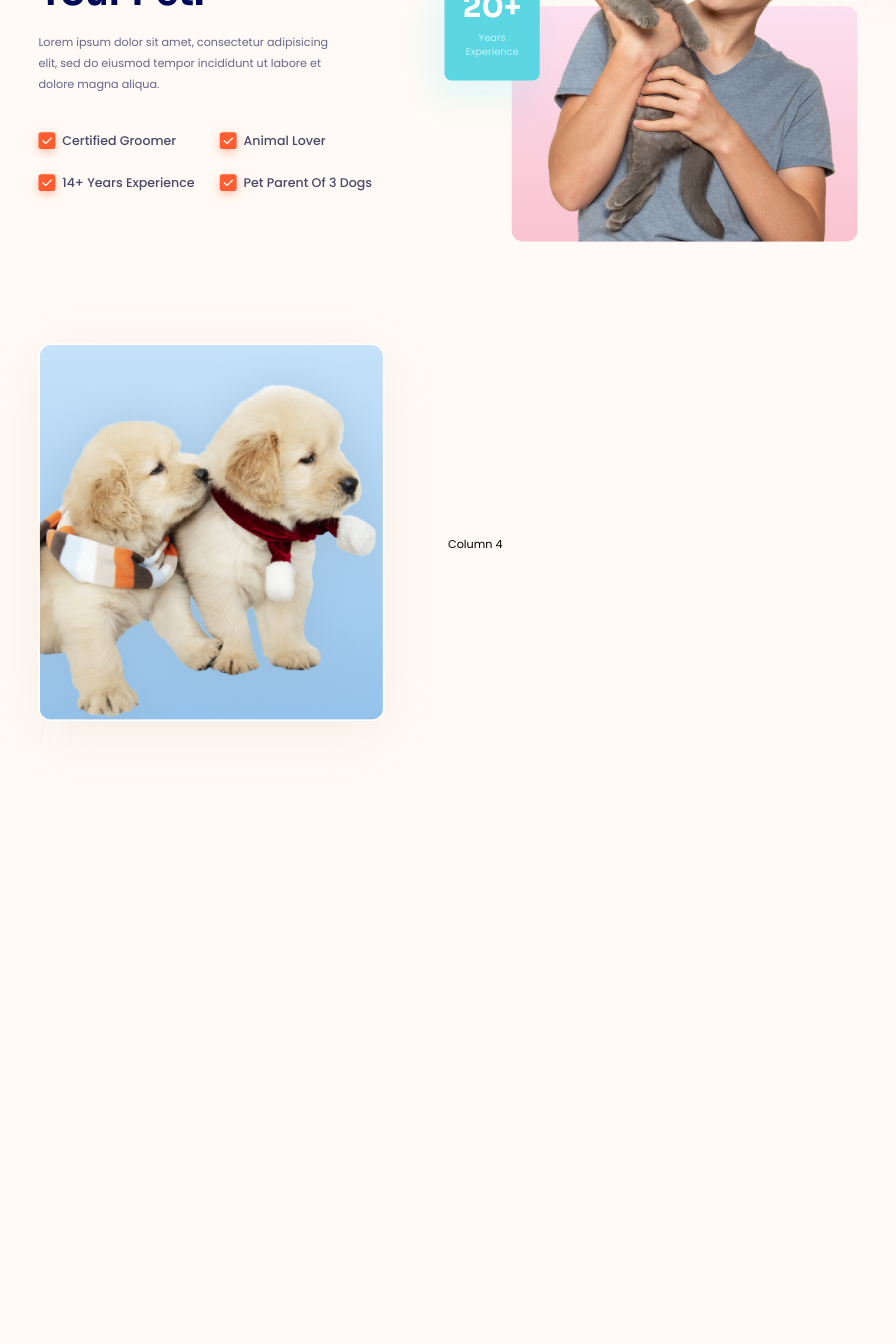
Repository: empty24062002/f8-project-05
Page: index.html
The author's editor kept a copy of each file at every save. The page is drawn from the files as they stood at one save, then again after the next save.
The browser window is 1280 px wide. The pictures show the part of the page from y = 1110 to 3030 px (the page is 10896 px tall), at 70% of full size.

Above is the page before, as saved 2023-09-11 11:07:13.

### index.html
<!DOCTYPE html>
<html lang="en">
    <head>
        <meta charset="UTF-8" />
        <meta name="viewport" content="width=device-width, initial-scale=1.0" />
        <title>Lucy</title>
        <!-- favicon -->
        <link
            rel="apple-touch-icon"
            sizes="57x57"
            href="./assets/favicon/apple-icon-57x57.png"
        />
        <link
            rel="apple-touch-icon"
            sizes="60x60"
            href="./assets/favicon/apple-icon-60x60.png"
        />
        <link
            rel="apple-touch-icon"
            sizes="72x72"
            href="./assets/favicon/apple-icon-72x72.png"
        />
        <link
            rel="apple-touch-icon"
            sizes="76x76"
            href="./assets/favicon/apple-icon-76x76.png"
        />
        <link
            rel="apple-touch-icon"
            sizes="114x114"
            href="./assets/favicon/apple-icon-114x114.png"
        />
        <link
            rel="apple-touch-icon"
            sizes="120x120"
            href="./assets/favicon/apple-icon-120x120.png"
        />
        <link
            rel="apple-touch-icon"
            sizes="144x144"
            href="./assets/favicon/apple-icon-144x144.png"
        />
        <link
            rel="apple-touch-icon"
            sizes="152x152"
            href="./assets/favicon/apple-icon-152x152.png"
        />
        <link
            rel="apple-touch-icon"
            sizes="180x180"
            href="./assets/favicon/apple-icon-180x180.png"
        />
        <link
            rel="icon"
            type="image/png"
            sizes="192x192"
            href="./assets/favicon/android-icon-192x192.png"
        />
        <link
            rel="icon"
            type="image/png"
            sizes="32x32"
            href="./assets/favicon/favicon-32x32.png"
        />
        <link
            rel="icon"
            type="image/png"
            sizes="96x96"
            href="./assets/favicon/favicon-96x96.png"
        />
        <link
            rel="icon"
            type="image/png"
            sizes="16x16"
            href="./assets/favicon/favicon-16x16.png"
        />
        <link rel="manifest" href="./assets/favicon/manifest.json" />
        <meta name="msapplication-TileColor" content="#ffffff" />
        <meta
            name="msapplication-TileImage"
            content="./assets/favicon/ms-icon-144x144.png"
        />
        <meta name="theme-color" content="#ffffff" />
        <!-- reset CSS -->
        <link rel="stylesheet" href="./assets/css/reset.css" />
        <!-- embed font -->
        <link rel="preconnect" href="https://fonts.googleapis.com" />
        <link rel="preconnect" href="https://fonts.gstatic.com" crossorigin />
        <link
            href="https://fonts.googleapis.com/css2?family=Poppins:wght@300;400;500;600&family=Sora:wght@600;700;800&display=swap"
            rel="stylesheet"
        />
        <!-- style css -->
        <link rel="stylesheet" href="./assets/css/styles.css" />
    </head>
    <body>
        <!-- header -->
        <header class="header">
            <div class="container">
                <div class="header__inner">
                    <!-- logo -->
                    <a href="#!">
                        <img
                            src="./assets/img/logo.svg"
                            alt="Lucy"
                            class="header__logo"
                        />
                    </a>
                    <!-- navbar -->
                    <nav class="navbar">
                        <ul class="navbar__list">
                            <li class="navbar__item">
                                <a href="#!" class="navbar__link"> Home </a>
                            </li>
                            <li class="navbar__item">
                                <a href="#!" class="navbar__link"> About </a>
                            </li>
                            <li class="navbar__item">
                                <a href="#!" class="navbar__link"
                                    >Services & Rates
                                </a>
                            </li>
                            <li class="navbar__item">
                                <a href="#!" class="navbar__link"> Reviews </a>
                            </li>
                            <li class="navbar__item">
                                <a href="#!" class="navbar__link">
                                    Contacts us
                                </a>
                            </li>
                        </ul>
                    </nav>
                    <!-- header action -->
                    <div class="header-action">
                        <a href="#!" class="header-action__link">Sign in</a>
                        <a href="#!" class="btn header-action__btn">Sign up</a>
                    </div>
                </div>
            </div>
        </header>
        <!-- hero -->
        <section class="hero">
            <div class="container">
                <div class="hero__inner">
                    <!-- hero media -->
                    <div class="hero__media">
                        <div class="hero__img-wrap">
                            <img
                                src="./assets/img/hero__img1.png"
                                alt=""
                                class="hero__img"
                            />

                            <!-- Decorators -->
                            <img
                                src="./assets/img/decor__01.svg"
                                alt=""
                                class="hero__decor hero__decor-left"
                            />
                            <img
                                src="./assets/img/decor__02.svg"
                                alt=""
                                class="hero__decor hero__decor-right"
                            />
                        </div>
                        <div class="hero__img-wrap hero__img-wrap-small">
                            <img
                                src="./assets/img/hero__img2.png"
                                alt=""
                                class="hero__img"
                            />
                        </div>

                        <div class="hero__list">
                            <!-- hero list item 1 -->
                            <section class="hero-list-item">
                                <img
                                    src="./assets/img/hero__img3.png"
                                    alt=""
                                    class="hero-list-item__thump"
                                />
                                <div class="hero-list-item__info">
                                    <p class="hero-list-item__title">
                                        Pet Health
                                    </p>
                                    <div class="hero-list-item__skeleton"></div>
                                    <div
                                        class="hero-list-item__skeleton"
                                        style="--width: 39px"
                                    ></div>
                                </div>
                            </section>

                            <div class="hero-list-item__separate"></div>
                            <!-- hero list item 2 -->
                            <section class="hero-list-item">
                                <img
                                    src="./assets/img/hero__img4.png"
                                    alt=""
                                    class="hero-list-item__thump"
                                />
                                <div class="hero-list-item__info">
                                    <p class="hero-list-item__title">
                                        Pet care
                                    </p>
                                    <div class="hero-list-item__skeleton"></div>
                                    <div
                                        class="hero-list-item__skeleton"
                                        style="--width: 39px"
                                    ></div>
                                </div>
                            </section>
                        </div>
                    </div>
                    <!-- hero content -->
                    <section class="hero__content">
                        <h1 class="hero__heading">
                            Established & Trusted Pet Care Service
                        </h1>
                        <p class="hero__desc">
                            Discover a wide variety of Pawsitive services to
                            choose from, including daycare, private walks,
                            office duty and spa.
                        </p>
                        <div class="hero__row">
                            <a href="#!" class="btn btn--primary hero__cta-btn">
                                Book a Meet
                                <span class="btn__icon">
                                    <svg
                                        width="5"
                                        height="6"
                                        viewBox="0 0 5 6"
                                        fill="none"
                                        xmlns="http://www.w3.org/2000/svg"
                                    >
                                        <path
                                            d="M1.48584 0.5L3.98584 3L1.48584 5.5"
                                            stroke="#FD5056"
                                            stroke-linecap="round"
                                            stroke-linejoin="round"
                                        />
                                    </svg>
                                </span>
                            </a>
                            <a href="#!" class="hero__cta-link">
                                Schedule a Call
                            </a>
                        </div>
                    </section>
                </div>
            </div>
        </section>
        <main style="height: 10000px">
            <!-- about -->
            <section class="about">
                <div class="container">
                    <div class="about__inner">
                        <section class="about__content">
                            <p class="about__lable">// About //</p>
                            <h2 class="about__heading section-heading">
                                Best Agency For Your Pet.
                            </h2>
                            <p class="about__desc section-desc">
                                Lorem ipsum dolor sit amet, consectetur
                                adipisicing elit, sed do eiusmod tempor
                                incididunt ut labore et dolore magna aliqua.
                            </p>
                            <div class="about__checklist">
                                <span class="about__check-item">
                                    Certified Groomer
                                </span>
                                <span class="about__check-item">
                                    Animal Lover
                                </span>
                                <span class="about__check-item">
                                    14+ Years Experience
                                </span>
                                <span class="about__check-item">
                                    Pet Parent Of 3 Dogs
                                </span>
                            </div>
                        </section>
                        <div class="about__media">
                            <!-- About card -->
                            <div class="about__card">
                                <b class="about__card-title">20+</b>
                                <p class="about__card-desc">Years Experience</p>
                                <img
                                    src="./assets/img/about-decor1.svg"
                                    alt=""
                                    class="about__card-decor"
                                />
                            </div>
                            <!-- About img wrapper -->
                            <figure class="about__img-wrap">
                                <img
                                    src="./assets/img/about-img1.png"
                                    alt=""
                                    class="about__img"
                                />
                            </figure>
                            <img
                                src="./assets/img/about-decor2.svg"
                                alt=""
                                class="about__media-decor"
                            />
                        </div>
                        <div class="about__media">
                            <figure
                                class="about__img-wrap about__img-wrap-bottom"
                            >
                                <img
                                    src="./assets/img/about-img2.png"
                                    alt=""
                                    class="about__img about__img-bottom"
                                />
                            </figure>
                            <!-- Decorators -->
                            <div>
                                <img
                                    src="./assets/img/about-decor3.svg"
                                    alt=""
                                    class="about__decor-img"
                                />
                                <img
                                    src="./assets/img/about-decor3.svg"
                                    alt=""
                                    class="about__decor-img"
                                />
                                <img
                                    src="./assets/img/about-decor3.svg"
                                    alt=""
                                    class="about__decor-img"
                                />
                                <img
                                    src="./assets/img/about-decor3.svg"
                                    alt=""
                                    class="about__decor-img"
                                />
                            </div>
                        </div>
                        <section class="about__content">Column 4</section>
                    </div>
                </div>
            </section>
        </main>
    </body>
</html>

### assets/css/styles.css
* {
    box-sizing: border-box;
}

:root {
    --primary-color: #ff5b2e;
}

html {
    font-size: 62.5%;
}

body {
    font-size: 1.6rem;
    font-family: "Poppins", sans-serif;
    background: #fffaf5;
}

/* common */

h1,
h2,
h3,
h4,
h5,
h6 {
    font-family: "Sora", sans-serif;
}

input,
textarea,
select,
button {
    font-size: inherit;
    font-family: inherit;
}

a {
    text-decoration: none;
}

.container {
    width: 1170px;
    max-width: calc(100% - 48px);
    margin: 0 auto;
}

.btn {
    --height: 56px;

    display: inline-flex;
    align-items: center;
    justify-content: center;
    min-width: 130px;
    height: var(--height);
    line-height: var(--height);
    border: 1px solid rgb(0, 9, 88, 0.7);
    border-radius: 99px;
    color: #000958;
    text-align: center;
    font-size: 1.4rem;
    font-weight: 600;
}

.btn:hover {
    opacity: 0.8;
    cursor: pointer;
}

.btn--primary {
    background: var(--primary-color);
    color: #fff;
    border-color: var(--primary-color);
}

.btn__icon {
    display: flex;
    justify-content: center;
    align-items: center;
    margin-left: 10px;
    width: 20px;
    height: 20px;
    border-radius: 50%;
    background-color: #fff;
    box-shadow: 4px 3px 10px -1px rgba(191, 41, 0, 0.4);
}

.section-heading {
    color: #000958;
    font-family: "Sora", sans-serif;
    font-size: 5.2rem;
    font-weight: 700;
    line-height: 1.19;
}

.section-desc {
    margin-top: 24px;
    color: #656689;
    font-size: 1.6rem;
    font-weight: 400;
    line-height: 1.87; /* 187.5% */
}

/* header */
.header {
    padding: 26px 0;
}

.header__inner {
    display: flex;
    justify-content: space-between;
    align-items: center;
}

.navbar__list {
    display: flex;
}

.navbar__link,
.header-action__link {
    padding: 8px 18px;
    color: #5e6085;
    font-size: 1.4rem;
    font-weight: 500;
    line-height: 1; /* 100% */
}

.navbar__link:hover {
    color: #000958;
    text-shadow: 1px 0 0 currentColor;
}

.header-action__btn {
    --height: 50px;

    min-width: 117px;
}

/* hero */
.hero {
    margin-top: 74px;
}

.hero__inner {
    display: flex;
    justify-content: space-between;
    align-items: center;
    column-gap: 120px;
}

.hero__media {
    display: flex;
    position: relative;
    padding-bottom: 94px;
}

.hero__img-wrap {
    position: relative;
    display: flex;
    justify-content: center;
    align-items: flex-end;
    width: 388px;
    height: 488px;
    border: 3px solid #fff;
    border-radius: 16px;
    background: #fe997b;
}

.hero__img {
    max-width: 100%;
    max-height: 100%;
    border-radius: inherit;
}

.hero__decor {
    position: absolute;
    z-index: -1;
}

.hero__decor-left {
    left: -58px;
    bottom: 10px;
}

.hero__decor-right {
    top: 16px;
    right: -43px;
}

.hero__img-wrap-small {
    align-self: flex-end;
    width: 186px;
    height: 244px;
    margin: 0 0 -58px -24px;
    border: 2px solod #f7dddf;
    background: #faa7ad;
}

.hero__list {
    position: absolute;
    left: 129px;
    bottom: 0;
    width: 250px;
    height: 156px;
    padding: 18px 14px;
    border-radius: 10px;
    background: #fff;
    box-shadow: -17px 14px 68px -4px rgba(207, 174, 132, 0.25);
}

.hero-list-item {
    display: flex;
    align-items: center;
}

.hero-list-item:nth-of-type(2) .hero-list-item__thump {
    background-color: #c6e2fa;
}

.hero-list-item__thump {
    width: 40px;
    height: 40px;
    border-radius: 10px;
    object-fit: cover;
    background: #fec23f;
}

.hero-list-item__info {
    margin-left: 10px;
}

.hero-list-item__title {
    color: #181e52;
    font-family: "Sora", sans-serif;
    font-size: 1.4rem;
    font-weight: 600;
    line-height: 1;
}

.hero-list-item__separate {
    margin: 20px 0;
    width: 100%;
    height: 2px;
    background: #f2f2f2;
}

.hero-list-item__skeleton {
    margin-top: 6px;
    width: var(--width, 118px);
    height: 4px;
    border-radius: 10px;
    opacity: 0.08;
    background: #000958;
}

.hero__heading {
    color: #000958;
    font-size: 6.6rem;
    font-weight: 800;
    line-height: 1.15; /* 115.152% */
}

.hero__desc {
    width: 391px;
    margin-top: 24px;
    color: #656689;
    font-size: 1.6rem;
    font-weight: 400;
    line-height: 1.88;
}

.hero__row {
    display: flex;
    align-items: center;
    margin-top: 38px;
}

.hero__cta-btn {
    --height: 60px;

    min-width: 190px;
    font-size: 1.6rem;
    box-shadow: 0px 13px 26px -8px rgba(255, 91, 46, 0.42);
}

.hero__cta-link {
    margin-left: 24px;
    color: #000958;
    font-size: 1.6rem;
    font-weight: 500;
    line-height: 1;
    text-decoration: underline;
}
/* about */
.about {
    margin-top: 138px;
    padding: 8px 0;
}

.about__inner {
    display: grid;
    grid-template-columns: 1fr 1fr;
    row-gap: 146px;
    align-items: center;
}

.about__lable {
    color: #5e6085;
    font-family: "Sora", sans-serif;
    font-size: 1.6rem;
    font-weight: 600;
    line-height: 1;
}

.about__heading {
    margin-top: 15px;
}

.about__heading,
.about__desc {
    width: 444px;
}

.about__checklist {
    display: grid;
    grid-template-columns: auto auto;
    justify-content: flex-start;
    gap: 36px;
    margin-top: 54px;
}

.about__check-item {
    position: relative;
    display: flex;
    align-items: center;
    column-gap: 10px;
    color: #48496a;
    font-size: 1.8rem;
    font-weight: 500;
    line-height: 1;
}

.about__check-item::before {
    content: "";
    display: inline-block;
    width: 24px;
    height: 24px;
    background: #ff5d31;
    box-shadow: 0px 4px 15px -3px #ff5d31b0;
    border-radius: 4px;
}

.about__check-item::after {
    content: url(../icons/check-item.svg);
    position: absolute;
    top: 2px;
    left: 5px;
}

.about__media {
    position: relative;
}

.about__card {
    position: absolute;
    width: 136px;
    top: 165px;
    left: -5px;
    padding: 30px 26px;
    text-align: center;
    border-radius: 10px;
    background: #5bd6e2;
    box-shadow: -15px 26px 48px 0px rgba(85, 240, 255, 0.17);
}

.about__card-title {
    color: #fff;
    font-family: "Sora", sans-serif;
    font-size: 4.2rem;
    font-weight: 700;
    line-height: 1;
}

.about__card-desc {
    margin-top: 14px;
    color: #c6f4f9;
    font-size: 1.4rem;
    font-weight: 400;
    line-height: 1.42;
}

.about__card-decor {
    position: absolute;
    top: -40px;
    right: -32px;
}

.about__img-wrap {
    position: relative;
    width: 494px;
    margin-left: auto;
}

.about__img-wrap::after {
    position: absolute;
    content: "";
    height: 336px;
    inset: auto 0 0 0;
    border-radius: 16px;
    background: linear-gradient(180deg, #fce0ef 0%, #fac3d1 100%);
    z-index: -1;
}

.about__img {
    display: block;
    margin: 0 auto;
    width: 450px;
}

.about__media-decor {
    position: absolute;
    top: 157px;
    right: -52px;
    z-index: -1;
}

.about__img-wrap-bottom {
    margin-left: 0;
    border-radius: 18px;
    border: 2px solid #fff;
    background: linear-gradient(180deg, #c6e2fa 0%, #94c2ea 100%);
    box-shadow: 0px 17px 77px -8px rgba(190, 165, 139, 0.17);
}

.about__img-wrap-bottom::after {
    content: none;
}

.about__img-bottom {
    width: 100%;
}

Loaded but not shown: assets/css/reset.css (common file)

After the next save:
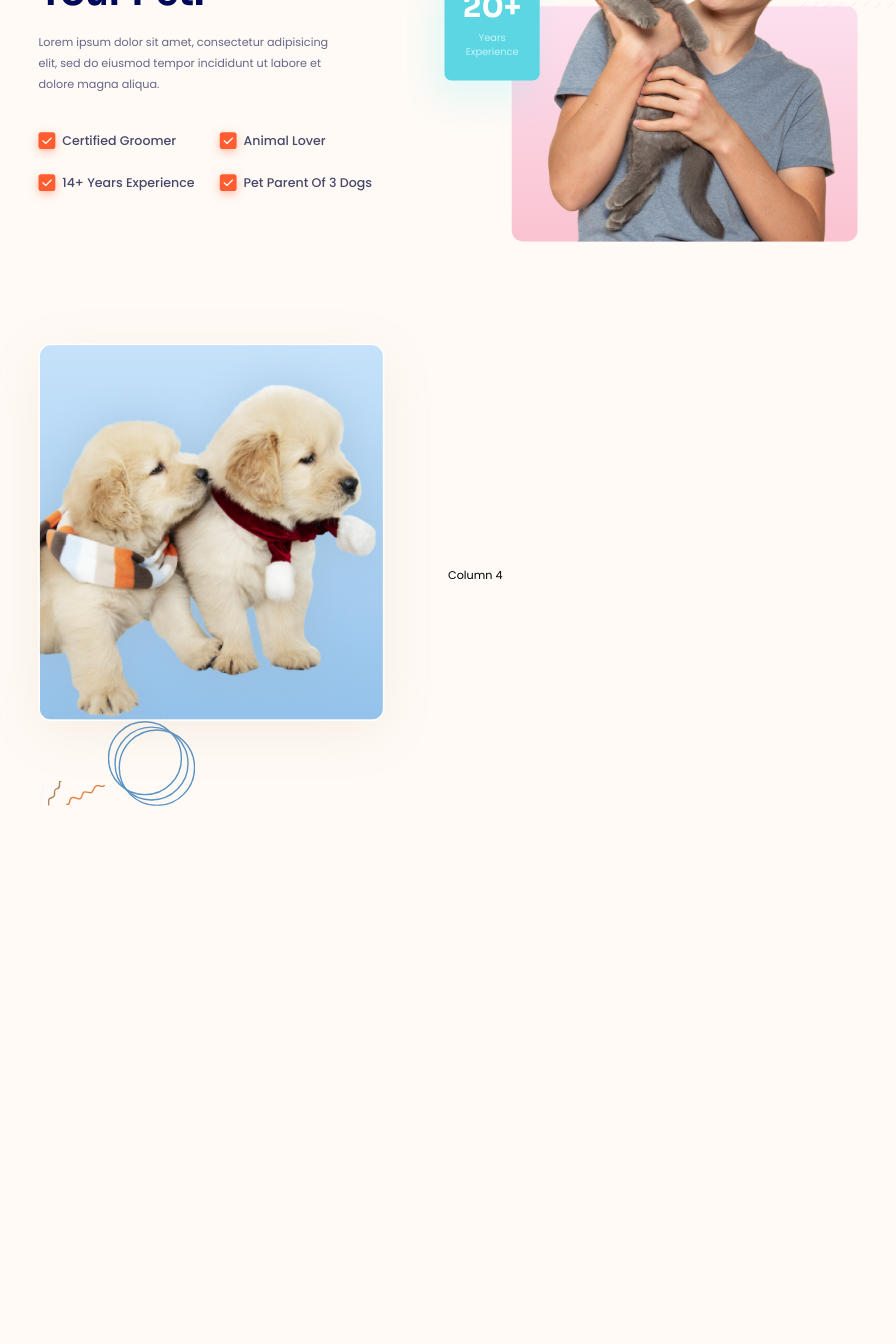
Saved 20 s later.
--- a/index.html
+++ b/index.html
@@ -323,17 +323,17 @@
                                     class="about__decor-img"
                                 />
                                 <img
-                                    src="./assets/img/about-decor3.svg"
+                                    src="./assets/img/about-decor4.svg"
                                     alt=""
                                     class="about__decor-img"
                                 />
                                 <img
-                                    src="./assets/img/about-decor3.svg"
+                                    src="./assets/img/about-decor5.svg"
                                     alt=""
                                     class="about__decor-img"
                                 />
                                 <img
-                                    src="./assets/img/about-decor3.svg"
+                                    src="./assets/img/about-decor6.svg"
                                     alt=""
                                     class="about__decor-img"
                                 />
